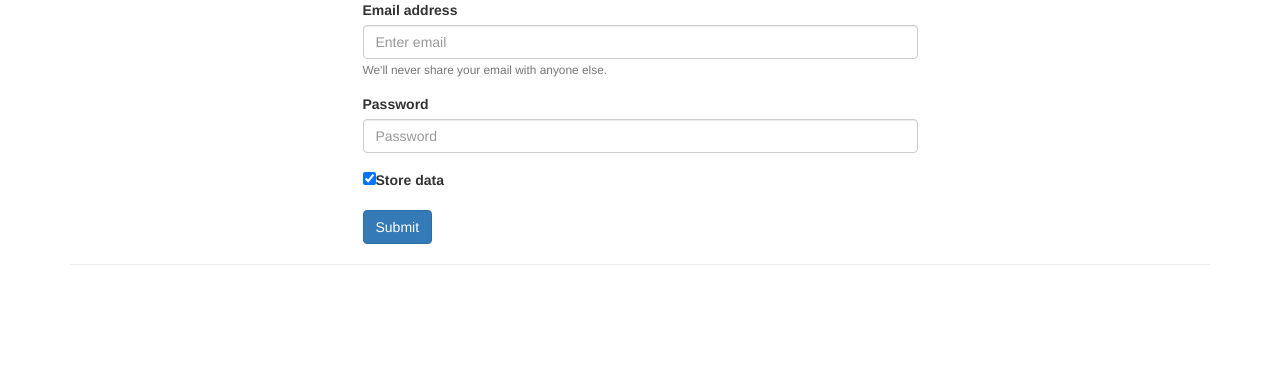
Repository: wojkos/Learn
Page: / (app in Vue/practise11/)
The author's editor kept a copy of each file at every save. The page is drawn from the files as they stood at one save, then again after the next save.
The browser window is 1280 px wide. The pictures show the whole page.
The project was rebuilt for these pictures with package versions that can differ from the ones it lists, and the page was loaded fresh each time. Also part of the build but not shown: Vue/practise11/webpack.config.js.

Above is the page before, as saved 2018-05-15 23:52:03.

After the next save:
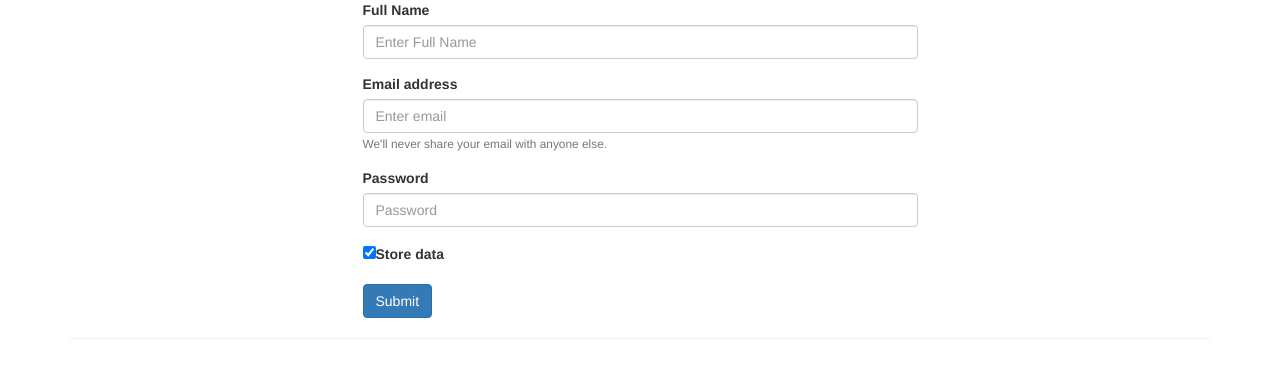
Saved 118 s later.
--- a/Vue/practise11/src/App.vue
+++ b/Vue/practise11/src/App.vue
@@ -3,6 +3,10 @@
         <form v-if="!isSubmited">
             <div class="row">
                 <div class="col-xs-12 col-sm-8 col-sm-offset-2 col-md-6 col-md-offset-3">
+                    <div class="form-group">
+                        <label for="exampleInputFullName">Full Name</label>
+                        <input type="email" class="form-control" id="exampleInputFullName" placeholder="Enter Full Name">
+                    </div>
                     <div class="form-group">
                         <label for="exampleInputEmail1">Email address</label>
                         <input type="email" class="form-control" id="exampleInputEmail1" aria-describedby="emailHelp" placeholder="Enter email">
